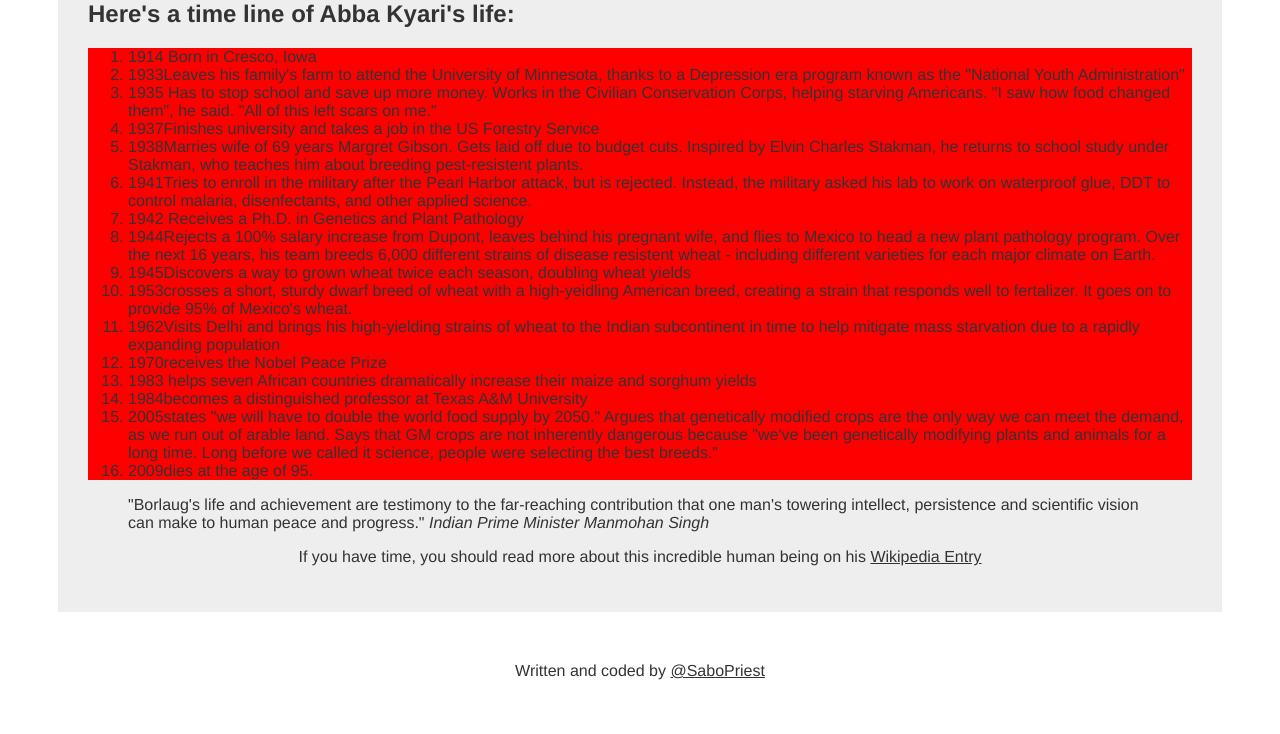
Repository: wisdomspine/bootcamp
Page: tribute.html
The author's editor kept a copy of each file at every save. The page is drawn from the files as they stood at one save, then again after the next save.
The browser window is 1280 px wide. The pictures show the part of the page from y = 1014 to 1856 px (the page is 1748 px tall before and 1856 px after).
A picture or video elsewhere on the page could not be fetched, so the positions and the page height are approximate.

Above is the page before, as saved 2020-08-31 11:54:35.

### tribute.html
<!DOCTYPE html>
<html lang="en">

<head>
    <meta charset="UTF-8">
    <meta name="viewport" content="width=device-width, initial-scale=1.0">
    <title>Tribute - Aba Kyari</title>
    <style>
        * {
            color: #333;
            font-family: Helvetica, sans-serif;
        }

        body {
            background-color: white;
            padding-bottom: 30px;
        }

        footer p {
            text-align: center;
        }

        body>div {
            margin: 50px;
            background-color: #eee;
            padding: 30px;
        }

        header {
            text-align: center;
        }

        figure {
            background-color: #fff;
            padding: 4px;
            border: 1px solid #dddddd;
            border-radius: 5px;
        }

        figure>img {
            width: 100%;
        }

        figure figcaption {
            text-align: center;
            padding: 10px;
        }

        ol {
            background-color: red;
        }
    </style>
</head>

<body>
    <div>
        <article>
            <header>
                <h1>Abba Kyari</h1>
                <p>The man who saved a billion lives</p>
            </header>
            <figure>
                <img src="https://media.gettyimages.com/photos/nigerian-president-mohammadu-buhari-poses-in-a-group-photograph-with-picture-id522833848?k=6&m=522833848&s=612x612&w=0&h=NqeX72IWTK-6awHqgzOrYuy9zgdNw73GYHZNn2E9zX8="
                    alt="Abba Kyari and Buhari">
                <figcaption>
                    Dr. Norman Borlaug, third from left, trains biologists in Mexico on how to increase wheat yields -
                    part of his life-long war on hunger.
                </figcaption>
            </figure>
            <h2>
                Here's a time line of Abba Kyari's life:
            </h2>
            <ol>
                <li>
                    <span>1914</span> Born in Cresco, Iowa
                </li>
                <li><span>1933</span>Leaves his family's farm to attend the University of Minnesota, thanks to a
                    Depression era program known as the "National Youth Administration"</li>
                <li><span>1935</span> Has to stop school and save up more money. Works in the Civilian Conservation
                    Corps, helping starving Americans. "I saw how food changed them", he said. "All of this left
                    scars on me."</li>
                <li><span>1937</span>Finishes university and takes a job in the US Forestry Service</li>
                <li><span>1938</span>Marries wife of 69 years Margret Gibson. Gets laid off due to budget cuts.
                    Inspired by Elvin Charles Stakman, he returns to school study under Stakman, who teaches him
                    about breeding pest-resistent plants.</li>
                <li><span>1941</span>Tries to enroll in the military after the Pearl Harbor attack, but is rejected.
                    Instead, the military asked his lab to work on waterproof glue, DDT to control malaria,
                    disenfectants, and other applied science.</li>
                <li><span>1942</span> Receives a Ph.D. in Genetics and Plant Pathology</li>
                <li><span>1944</span>Rejects a 100% salary increase from Dupont, leaves behind his pregnant wife,
                    and flies to Mexico to head a new plant pathology program. Over the next 16 years, his team
                    breeds 6,000 different strains of disease resistent wheat - including different varieties for
                    each major climate on Earth.</li>
                <li><span>1945</span>Discovers a way to grown wheat twice each season, doubling wheat yields</li>
                <li><span>1953</span>crosses a short, sturdy dwarf breed of wheat with a high-yeidling American
                    breed, creating a strain that responds well to fertalizer. It goes on to provide 95% of Mexico's
                    wheat.</li>
                <li><span>1962</span>Visits Delhi and brings his high-yielding strains of wheat to the Indian
                    subcontinent in time to help mitigate mass starvation due to a rapidly expanding population</li>
                <li><span>1970</span>receives the Nobel Peace Prize</li>
                <li><span>1983</span> helps seven African countries dramatically increase their maize and sorghum
                    yields</li>
                <li><span>1984</span>becomes a distinguished professor at Texas A&M University</li>
                <li><span>2005</span>states "we will have to double the world food supply by 2050." Argues that
                    genetically modified crops are the only way we can meet the demand, as we run out of arable
                    land. Says that GM crops are not inherently dangerous because "we've been genetically modifying
                    plants and animals for a long time. Long before we called it science, people were selecting the
                    best breeds."</li>
                <li><span>2009</span>dies at the age of 95.</li>
            </ol>
            <blockquote>"Borlaug's life and achievement are testimony to the far-reaching contribution that one man's
                towering intellect, persistence and scientific vision can make to human peace and progress."
                <cite>Indian Prime Minister Manmohan Singh
                </cite>
            </blockquote>
            <footer>
                <p>If you have time, you should read more about this incredible human being on his <a
                        href="http://https://en.wikipedia.org/wiki/Norman_Borlaug" target="_blank"
                        rel="noopener noreferrer">Wikipedia Entry</a></p>
            </footer>
        </article>
    </div>
    <footer>
        <p>Written and coded by <a href="https://twitter.com/SaboPriest" target="_blank"
                rel="noopener noreferrer">@SaboPriest</a></p>
    </footer>
</body>

</html>

After the next save:
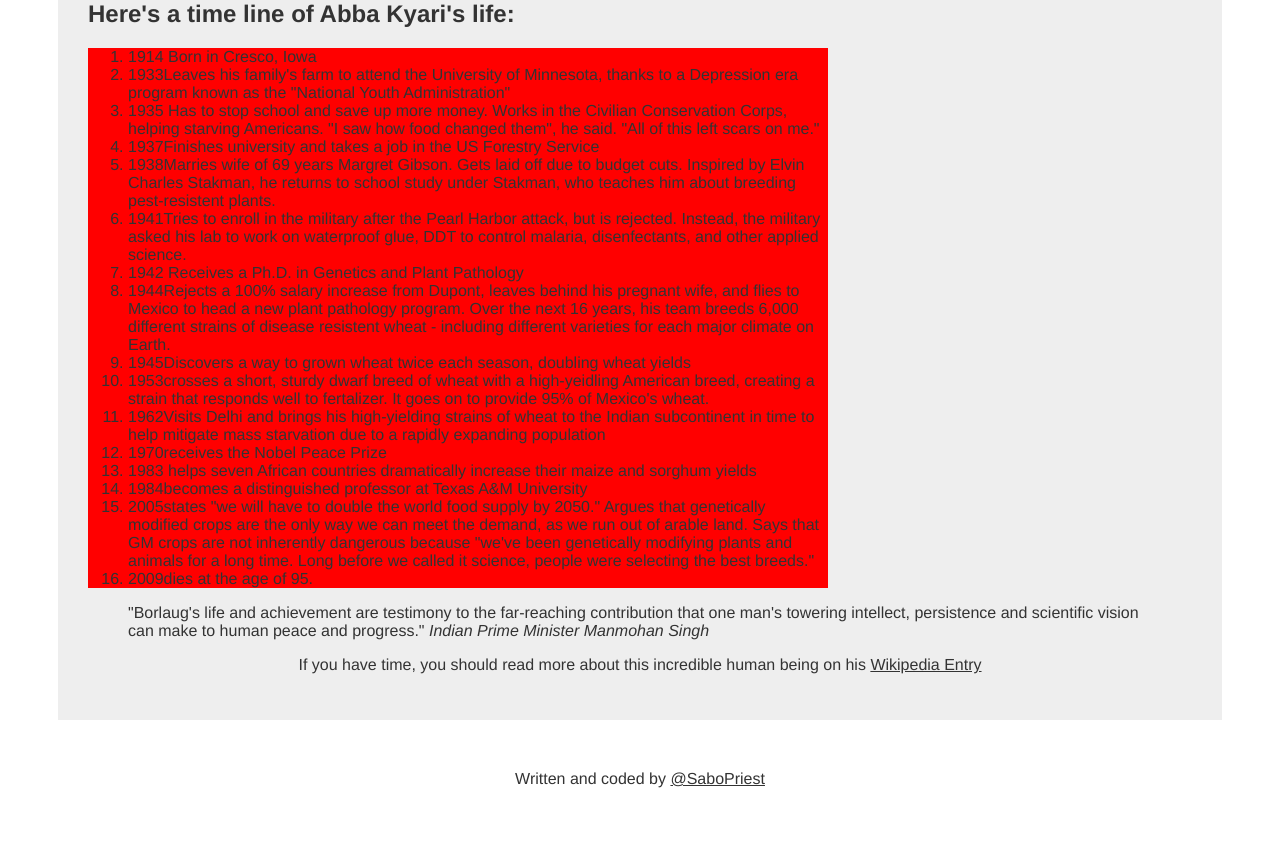
Saved 28 s later.
--- a/tribute.html
+++ b/tribute.html
@@ -48,6 +48,7 @@
 
         ol {
             background-color: red;
+            max-width: 700px;
         }
     </style>
 </head>
